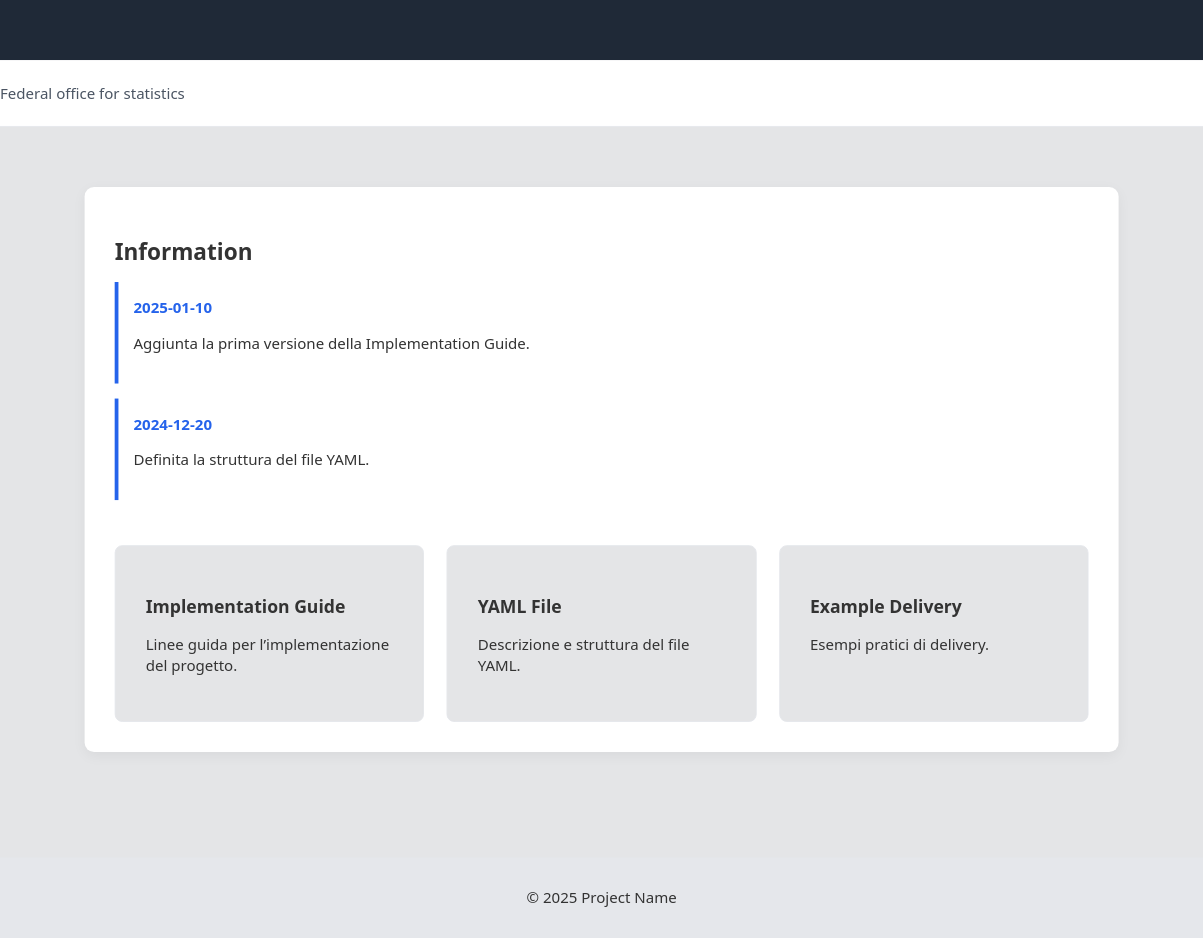
Repository: bfspoku/ech-0252-docs
Page: index.html
An editor plug-in stored every save of this project. The page is shown before and after the next save, followed by the edit.
The browser window is 1280 px wide. The pictures show the whole page, at 94% of full size.

Above is the page before, as saved 2025-12-16 15:38:18.

After the next save:
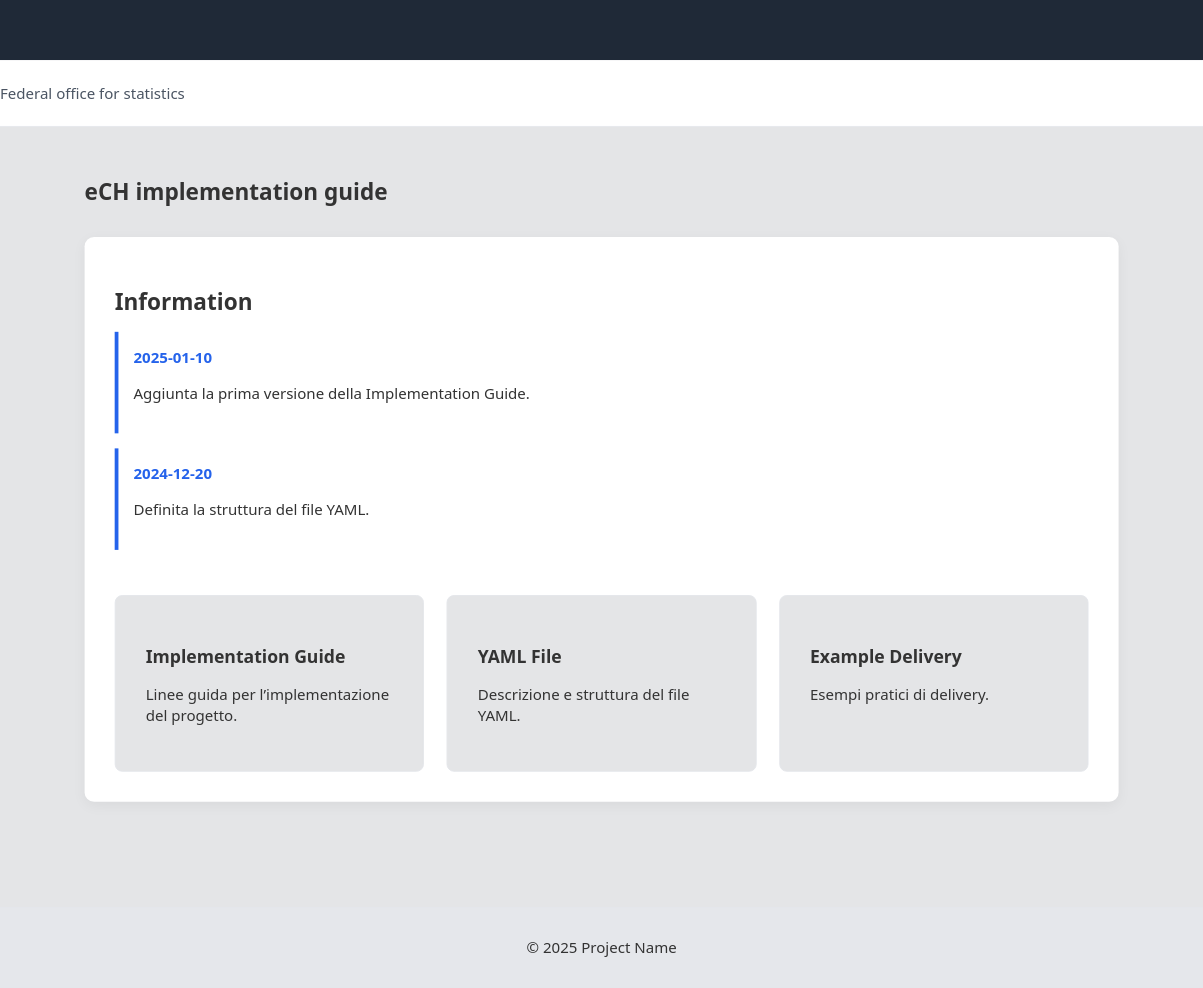
Saved 23 s later.
--- a/index.html
+++ b/index.html
@@ -22,43 +22,43 @@
 
 
 <main>
+    <h2>eCH implementation guide</h2>
+    <section class = "wrapper">
+    <!-- INFORMATION -->
+    <section class="information">
+        <h2>Information</h2>
 
-<section class = "wrapper">
-  <!-- INFORMATION -->
-  <section class="information">
-    <h2>Information</h2>
+        <ul class="updates">
+        <li>
+            <span class="date">2025-01-10</span>
+            <p>Aggiunta la prima versione della Implementation Guide.</p>
+        </li>
+        <li>
+            <span class="date">2024-12-20</span>
+            <p>Definita la struttura del file YAML.</p>
+        </li>
+        </ul>
+    </section>
 
-    <ul class="updates">
-      <li>
-        <span class="date">2025-01-10</span>
-        <p>Aggiunta la prima versione della Implementation Guide.</p>
-      </li>
-      <li>
-        <span class="date">2024-12-20</span>
-        <p>Definita la struttura del file YAML.</p>
-      </li>
-    </ul>
-  </section>
+    <!-- CARDS -->
+    <section class="cards">
+        <a class="card" href="implementation-guide.html">
+        <h3>Implementation Guide</h3>
+        <p>Linee guida per l’implementazione del progetto.</p>
+        </a>
 
-  <!-- CARDS -->
-  <section class="cards">
-    <a class="card" href="implementation-guide.html">
-      <h3>Implementation Guide</h3>
-      <p>Linee guida per l’implementazione del progetto.</p>
-    </a>
+        <a class="card" href="yaml-file.html">
+        <h3>YAML File</h3>
+        <p>Descrizione e struttura del file YAML.</p>
+        </a>
 
-    <a class="card" href="yaml-file.html">
-      <h3>YAML File</h3>
-      <p>Descrizione e struttura del file YAML.</p>
-    </a>
+        <a class="card" href="example-delivery.html">
+        <h3>Example Delivery</h3>
+        <p>Esempi pratici di delivery.</p>
+        </a>
+    </section>
 
-    <a class="card" href="example-delivery.html">
-      <h3>Example Delivery</h3>
-      <p>Esempi pratici di delivery.</p>
-    </a>
-  </section>
-
-</section>
+    </section>
 
 </main>
 
